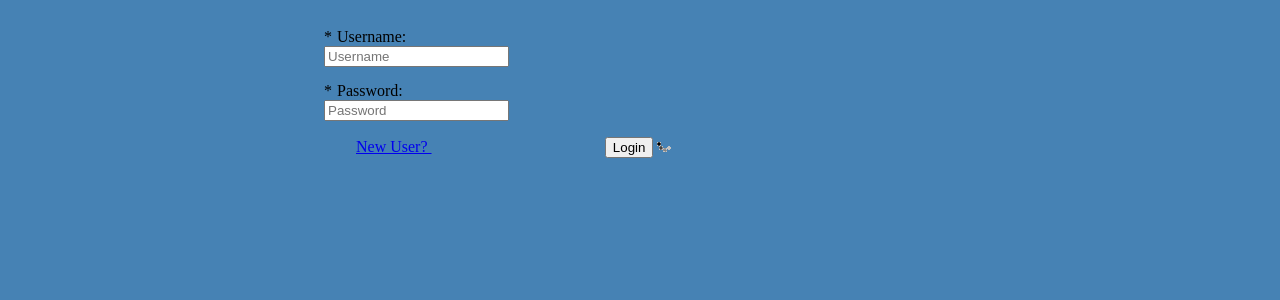
Repository: SUPRIGA/SecondProject
Page: CollaborationFrontEnd/src/main/webapp/user/login.html
An editor plug-in stored every save of this project. The page is shown before and after the next save, followed by the edit.
The browser window is 1280 px wide. The pictures show the whole page.

Above is the page before, as saved 2017-01-12 05:24:51.

After the next save:
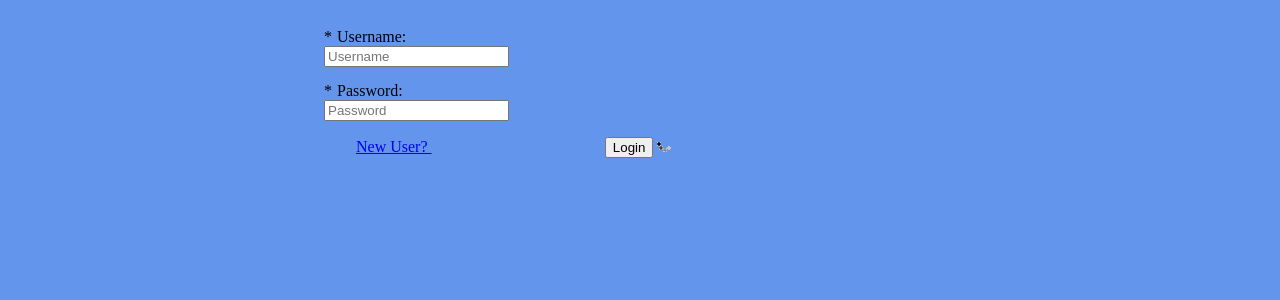
Saved 58 s later.
--- a/CollaborationFrontEnd/src/main/webapp/user/login.html
+++ b/CollaborationFrontEnd/src/main/webapp/user/login.html
@@ -46,7 +46,7 @@ body {
 }
 
 body {
-    background-color:Steelblue;
+    background-color:cornflowerblue;
 }
 
 </style>
